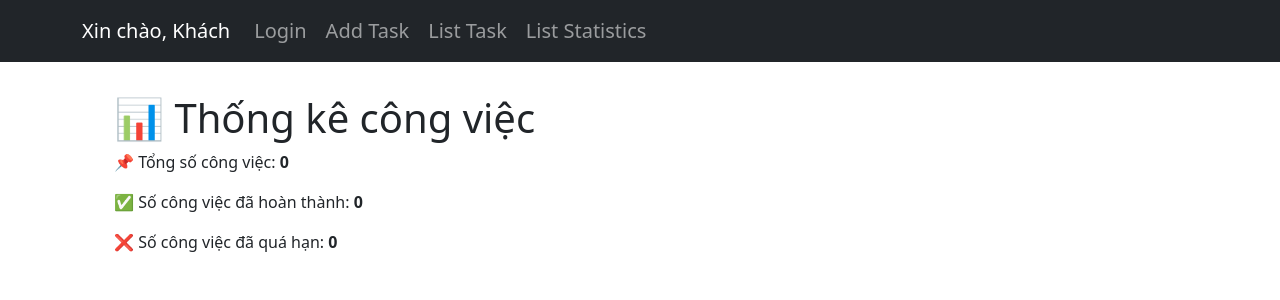
Repository: Lemon-ooo/PersonalTaskManager
Page: /tasks/statistics
The author's editor kept a copy of each file at every save. The page is drawn from the files as they stood at one save, then again after the next save.
The browser window is 1280 px wide. The pictures show the whole page.
The project was rebuilt for these pictures with package versions that can differ from the ones it lists, and the page was loaded fresh each time. Also part of the build but not shown: vite.config.ts, src/page/TaskList.tsx, src/components/AuthForm.tsx, src/page/Login.tsx, src/components/TaskForm.tsx, src/page/TaskAdd.tsx, src/page/TaskEdit.tsx.

Above is the page before, as saved 2025-07-27 03:46:22.

### index.html
<!DOCTYPE html>
<html lang="en">
  <head>
    <meta charset="UTF-8" />
    <link rel="icon" type="image/svg+xml" href="/vite.svg" />
    <meta name="viewport" content="width=device-width, initial-scale=1.0" />
    <title>WEB209 REACT - HOADV</title>
    <link
      href="https://cdn.jsdelivr.net/npm/bootstrap@5.0.2/dist/css/bootstrap.min.css"
      rel="stylesheet"
      integrity="sha384-EVSTQN3/azprG1Anm3QDgpJLIm9Nao0Yz1ztcQTwFspd3yD65VohhpuuCOmLASjC"
      crossorigin="anonymous"
    />
  </head>
  <body>
    <div id="root"></div>
    <script type="module" src="/src/main.tsx"></script>
  </body>
</html>

### src/App.tsx
import { Toaster } from "react-hot-toast";
import { Link, useRoutes } from "react-router-dom";
import TaskList from "./page/TaskList";
import Login from "./page/Login";
import TaskAdd from "./page/TaskAdd";
import TaskEdit from "./page/TaskEdit";
import TaskStatistics from "./page/TaskStatistics";

function App() {
  const routes = useRoutes([
    { path: "/", element: <TaskList /> },
    { path: "login", element: <Login /> },
    { path: "tasks/list", element: <TaskList /> },
    { path: "tasks/add", element: <TaskAdd /> },
    { path: "tasks/edit/:id", element: <TaskEdit /> },
    { path: "tasks/statistics", element: <TaskStatistics /> },
  ]);
  return (
    <>
      <nav className="navbar navbar-dark bg-dark navbar-expand-lg">
        <div className="container">
          <span className="navbar-brand">
            {(() => {
              const stored = localStorage.getItem("user");
              const user = stored ? JSON.parse(stored) : null;
              return `Xin chào, ${user?.username || "Khách"}`;
            })()}
          </span>

          <div className="collapse navbar-collapse" id="navbarNav">
            <ul
              className="navbar-nav me-auto mb-2 mb-lg-0"
              style={{ gap: 3, fontSize: 20 }}
            >
              <li className="nav-item">
                <Link className="nav-link" to="/login">
                  Login
                </Link>
              </li>
              <li className="nav-item">
                <Link className="nav-link" to="/tasks/add">
                  Add Task
                </Link>
              </li>
              <li className="nav-item">
                <Link className="nav-link" to="/tasks/list">
                  List Task
                </Link>
              </li>
              <li className="nav-item">
                <Link className="nav-link" to="tasks/statistics">
                  List Statistics
                </Link>
              </li>
            </ul>
          </div>
        </div>
      </nav>
      <div className="container">{routes}</div>
      <Toaster />
    </>
  );
}

export default App;

### src/page/TaskStatistics.tsx
import React, { useEffect, useState } from "react";
import { useTask } from "../hooks/useTask";
import dayjs from "dayjs";

export default function TaskStatistics() {
  const { tasks, handlegetAll } = useTask();
  const [doneCount, setDoneCount] = useState(0);
  const [overdueCount, setOverdueCount] = useState(0);
  const [totalCount, setTotalCount] = useState(0);

  useEffect(() => {
    handlegetAll();
  }, []);

  useEffect(() => {
    const now = dayjs();

    const done = tasks.filter((task) => task.status === "done").length;
    const overdue = tasks.filter(
      (task) =>
        task.status !== "done" && dayjs(task.dueDate).isBefore(now, "day")
    ).length;

    const total = tasks.length;

    setDoneCount(done);
    setTotalCount(total);
    setOverdueCount(overdue);
  }, [tasks]);

  return (
    <div style={{ padding: "2rem" }}>
      <h1>📊 Thống kê công việc</h1>
      <p>
        📌 Tổng số công việc: <strong>{totalCount}</strong>
      </p>
      <p>
        ✅ Số công việc đã hoàn thành: <strong>{doneCount}</strong>
      </p>
      <p>
        ❌ Số công việc đã quá hạn: <strong>{overdueCount}</strong>
      </p>
    </div>
  );
}

### src/hooks/useTask.ts
import { useState } from "react";
import {
  Task,
  getAll,
  addTask,
  editTask,
  deleteTask,
  getTaskById,
} from "../services/task";
import { useNavigate } from "react-router-dom";
import { useAuth } from "./useAuth";
import toast from "react-hot-toast";

export function useTask() {
  const [tasks, setTasks] = useState<Task[]>([]);
  const navigate = useNavigate();
  const { getCurrentUser } = useAuth();
  const currentUser = getCurrentUser();

  async function handlegetAll() {
    if (!currentUser) {
      toast.error("Không xác định được người dùng.");
      return;
    }
    try {
      const res = await getAll(currentUser.username);
      setTasks(res.data);
    } catch (err) {
      console.error(err);
      toast.error("Lỗi khi lấy danh sách task.");
    }
  }
  async function handleGetDetail(id: string): Promise<Task | null> {
    if (!currentUser) {
      toast.error("Không xác định người dùng.");
      return null;
    }

    try {
      const res = await getTaskById(id);
      const task = res.data;

      if (task.username !== currentUser.username) {
        toast.error("Bạn không có quyền xem task này.");
        navigate("/tasks/list");
        return null;
      }

      return task;
    } catch (err) {
      toast.error("Không tìm thấy task.");
      navigate("/tasks/list");
      return null;
    }
  }

  async function handleAdd(task: Task) {
    if (!currentUser) return;

    try {
      await addTask({ ...task, username: currentUser.username });
      toast.success("Thêm task thành công");
      navigate("/tasks/list");
    } catch (err) {
      toast.error("Lỗi khi thêm task.");
    }
  }

  async function handleEdit(task: Task, id: string) {
    try {
      const oldTask = await handleGetDetail(id);
      if (!oldTask) return;

      const updatedTask = { ...task, username: oldTask.username }; // giữ lại username gốc

      await editTask(updatedTask, id);
      toast.success("Sửa task thành công");
      navigate("/tasks/list");
    } catch (err) {
      toast.error("Lỗi khi sửa task.");
    }
  }

  async function handleDelete(id: string) {
    try {
      await deleteTask(id);
      toast.success("Xoá thành công");
      handlegetAll(); // cập nhật lại list
    } catch (err) {
      toast.error("Lỗi khi xoá task.");
    }
  }

  return {
    tasks,
    handlegetAll,
    handleAdd,
    handleEdit,
    handleDelete,
    handleGetDetail,
  };
}

### src/hooks/useAuth.ts
import { User } from "../services/auth";
import toast from "react-hot-toast";
import { useNavigate } from "react-router-dom";

export function useAuth() {
  const nav = useNavigate();

  function handleLogin(user: User) {
    localStorage.setItem("user", JSON.stringify(user));
    toast.success("Login successful");
    nav("/");
  }

  function handleLogout() {
    localStorage.removeItem("user");
    toast.success("Logged out");
    nav("/login");
  }

  function getCurrentUser(): User | null {
    const stored = localStorage.getItem("user");
    return stored ? JSON.parse(stored) : null;
  }

  return {
    handleLogin,
    handleLogout,
    getCurrentUser,
  };
}

### src/services/task.ts
import axios from "axios";

export type Task = {
  id?: string;
  title: string;
  description: string;
  dueDate: string;
  status: "todo" | "in-progress" | "done";
  username: string;
};

export function addTask(data: Task) {
  return axios.post("http://localhost:3000/tasks", data);
}
export function editTask(data: Task, id: string) {
  return axios.put("http://localhost:3000/tasks/" + id, data);
}
export function getAll(username: string) {
  return axios.get("http://localhost:3000/tasks?username=" + username);
}
export function getTaskById(id: string) {
  return axios.get("http://localhost:3000/tasks/" + id);
}
export function deleteTask(id: string) {
  return axios.delete("http://localhost:3000/tasks/" + id);
}

Loaded but not shown: src/main.tsx (common file); src/index.css (no stored copy; drawn as an empty file)

After the next save:
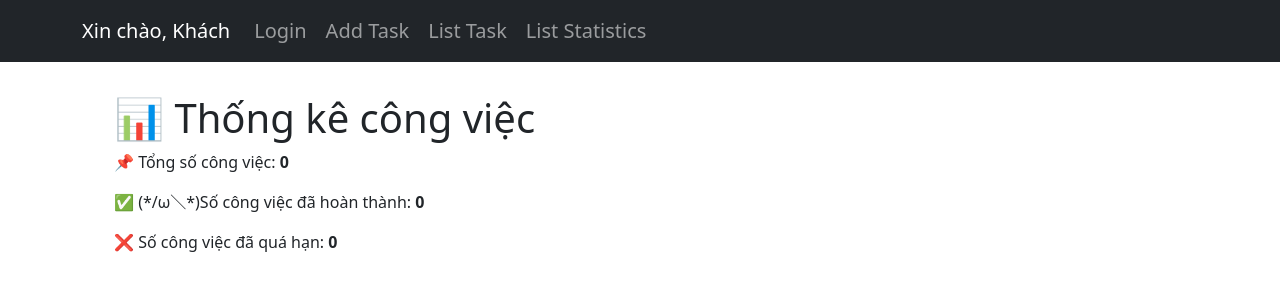
Saved 113 s later.
--- a/src/page/TaskStatistics.tsx
+++ b/src/page/TaskStatistics.tsx
@@ -35,7 +35,7 @@
         📌 Tổng số công việc: <strong>{totalCount}</strong>
       </p>
       <p>
-        ✅ Số công việc đã hoàn thành: <strong>{doneCount}</strong>
+        ✅ (*/ω＼*)Số công việc đã hoàn thành: <strong>{doneCount}</strong>
       </p>
       <p>
         ❌ Số công việc đã quá hạn: <strong>{overdueCount}</strong>

After the save that followed:
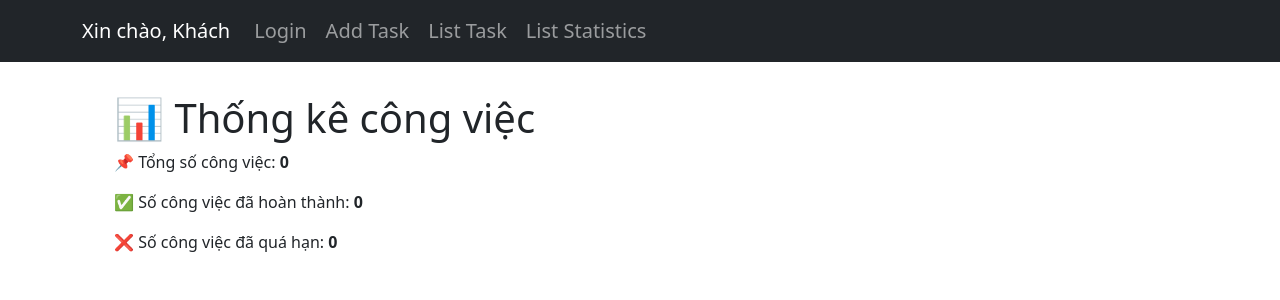
Saved 7 s later.
--- a/src/page/TaskStatistics.tsx
+++ b/src/page/TaskStatistics.tsx
@@ -35,7 +35,7 @@
         📌 Tổng số công việc: <strong>{totalCount}</strong>
       </p>
       <p>
-        ✅ (*/ω＼*)Số công việc đã hoàn thành: <strong>{doneCount}</strong>
+        ✅ Số công việc đã hoàn thành: <strong>{doneCount}</strong>
       </p>
       <p>
         ❌ Số công việc đã quá hạn: <strong>{overdueCount}</strong>
